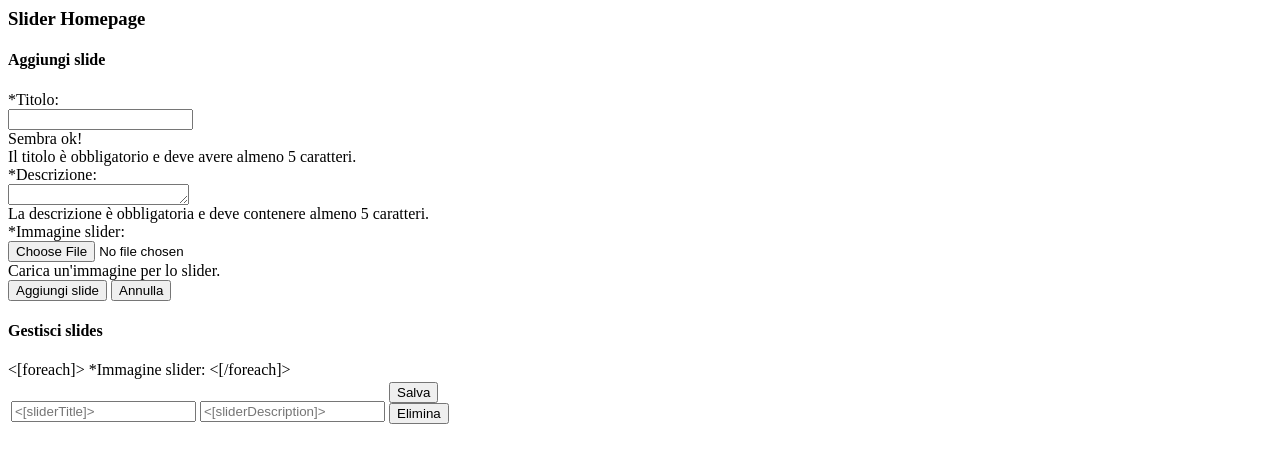
Repository: i4c0ni99/MotorShop
Page: skins/multikart_all_in_one/back-end/home-customizer.html
An editor plug-in stored every save of this project. The page is shown before and after a run of saves, followed by the edit.
The browser window is 1280 px wide. The pictures show the whole page.

Above is the page before, as saved 2024-10-31 19:18:07.

After the next 2 saves:
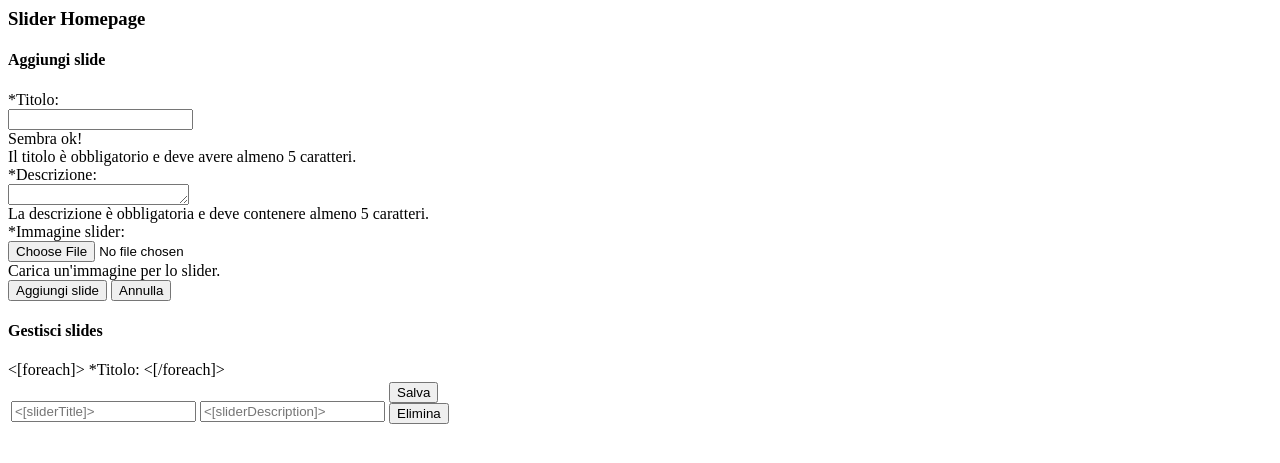
The 2 saves are shown as one change because they came seconds apart.
The last was saved 7 s later.
--- a/skins/multikart_all_in_one/back-end/home-customizer.html
+++ b/skins/multikart_all_in_one/back-end/home-customizer.html
@@ -91,7 +91,7 @@
                                 <[foreach]>
                                 <tr data-row-id="<[sliderId]>">
                                     <form method="post" action="/MotorShop/home-customizer.php">
-                                        <label for="productImage" class="col-xl-3 col-sm-4 mb-0"><span>*</span>Immagine slider:</label>
+                                        <label for="productImage" class="col-xl-3 col-sm-4 mb-0"><span>*</span>Titolo:</label>
                                         <td><input type="text" name="title" placeholder="<[sliderTitle]>" pattern=".{5,}" minlength="2" required="true"></td>
                                         <td><input type="text" name="description" placeholder="<[sliderDescription]>" minlength="5" style="resize: vertical;" rows="2" required="true"></td>
                                     <td><input type="hidden" name="sliderId" value="<[sliderId]>">
